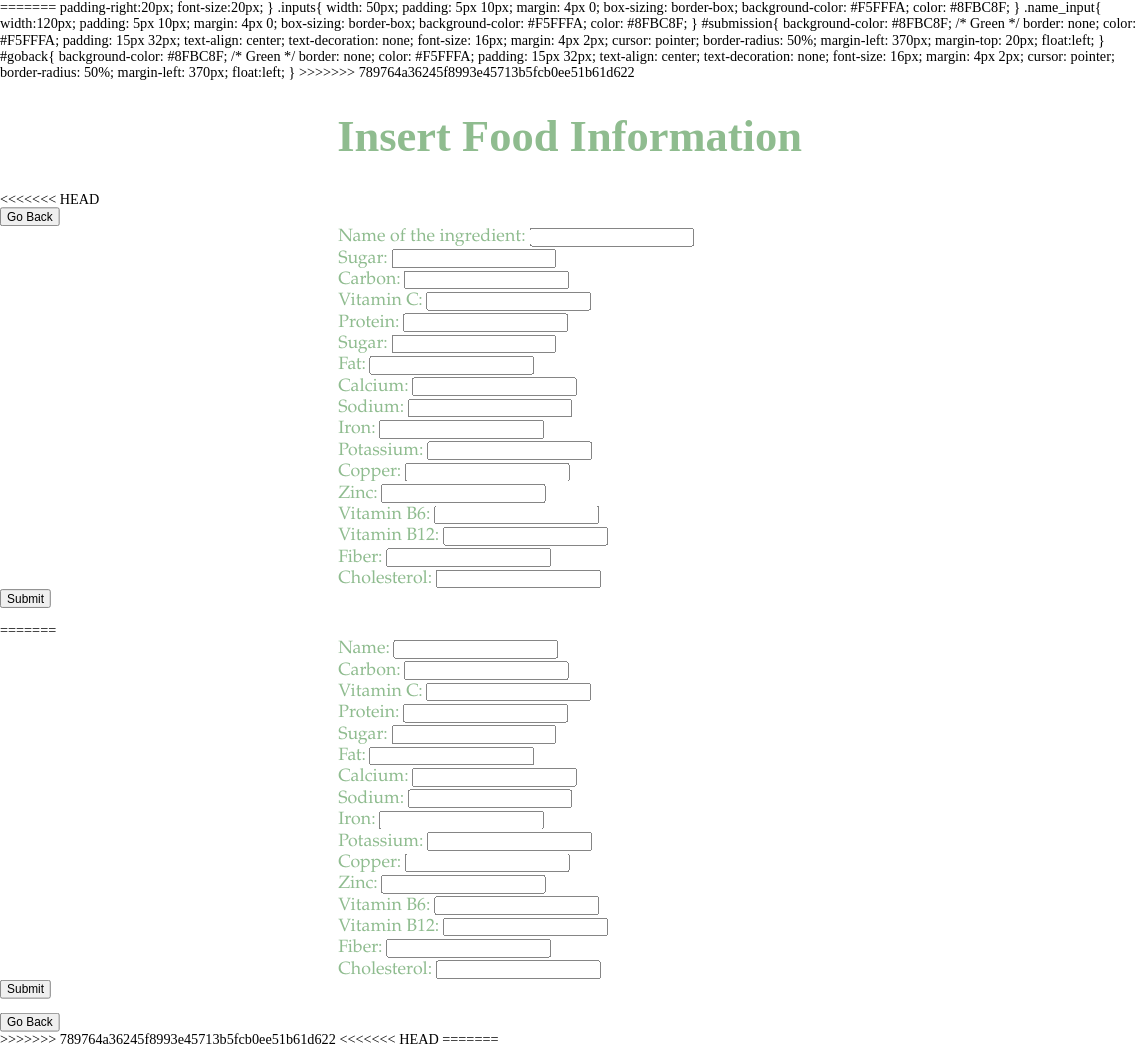
Repository: chenhongye11/DiDongBaBong
Page: didongbabong/src/main/webapp/public/insert.html
These files come from the project's save history. The page is drawn as it stood at one moment and after the next save; the edit follows.
The browser window is 1280 px wide. The pictures show the whole page, at 89% of full size.

Above is the page before, as saved 2021-01-31 14:50:09.
Console error: ReferenceError: $ is not defined

After the next save:
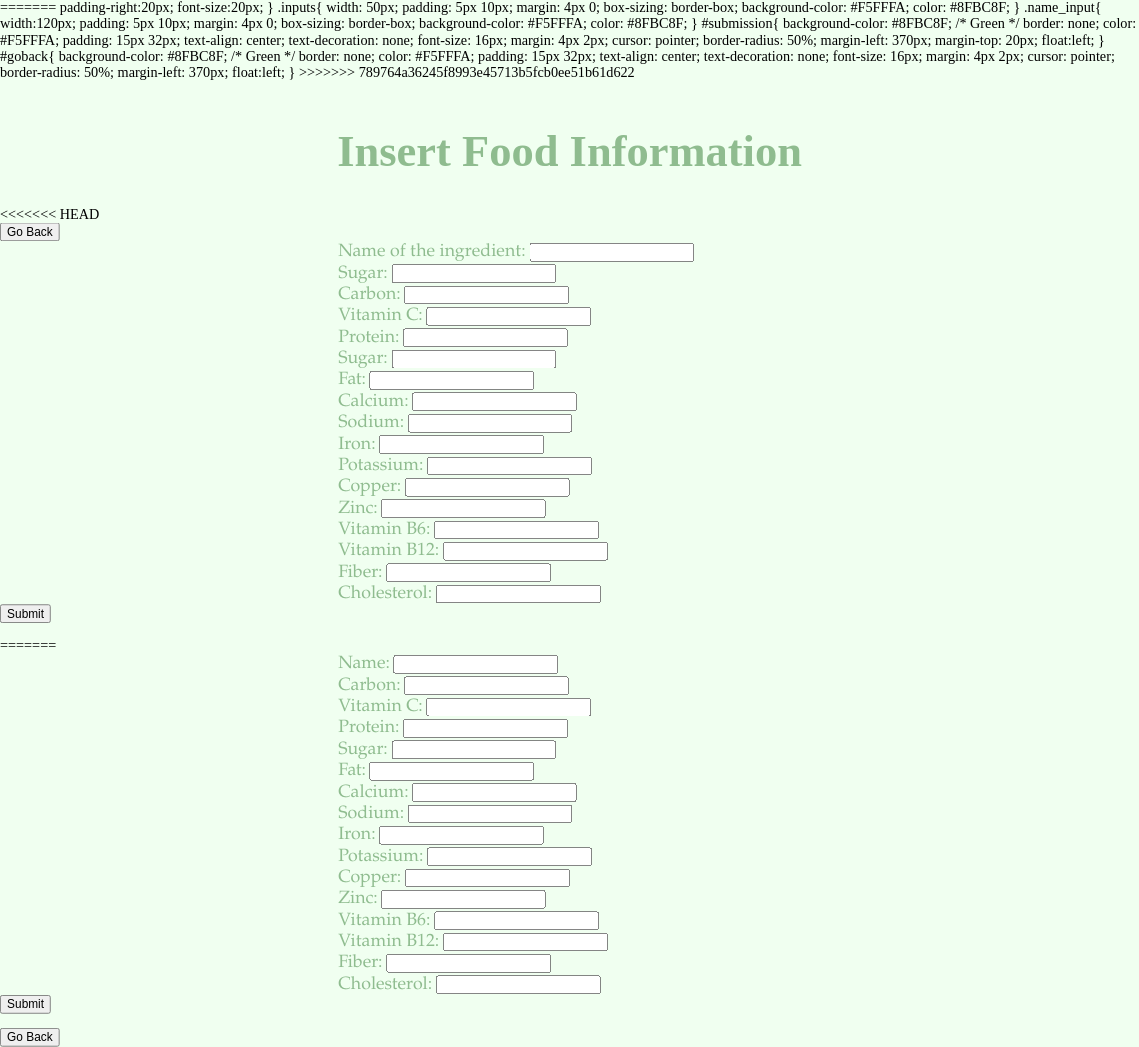
Saved 4 min 20 s later.
--- a/didongbabong/src/main/webapp/public/insert.html
+++ b/didongbabong/src/main/webapp/public/insert.html
@@ -5,21 +5,14 @@
   body{
     margin:0;
     padding:0;
-<<<<<<< HEAD
     background-color: #F0FFF0;
-=======
-    background-color:#F0FFF0;
->>>>>>> 789764a36245f8993e45713b5fcb0ee51b61d622
+
   }
 
   h1{
     color: #8FBC8F;
     text-align: center;
-<<<<<<< HEAD
     margin-top: 50px;
-=======
-    margin-top: 40px;
->>>>>>> 789764a36245f8993e45713b5fcb0ee51b61d622
     vertical-align: top;
     font-family: copperplate;
     font-size:50px;
@@ -30,7 +23,6 @@
     align: center;
     font-family:Garamond;
     margin-left: 380px;
-<<<<<<< HEAD
     margin-bottom:20px;
     font-size:20px;
   }
@@ -228,16 +220,7 @@ $("#formoid").submit(function(e) {
    </div>
 </div>
 
->>>>>>> 789764a36245f8993e45713b5fcb0ee51b61d622
 
 
 </body>
 </html>
-
-<<<<<<< HEAD
-=======
-<!-- for script back end will send you a food json in the format like:
-[{"id":.. "name":..., "sugar": .., "carbon":..., "iron":...,...},{"id","name":..., "sugar": .., "carbon":..., "iron":...,...}]
-{"id":.. "name":..., "sugar": .., "carbon":..., "iron":...,...}
-Please Identify
->>>>>>> 789764a36245f8993e45713b5fcb0ee51b61d622
